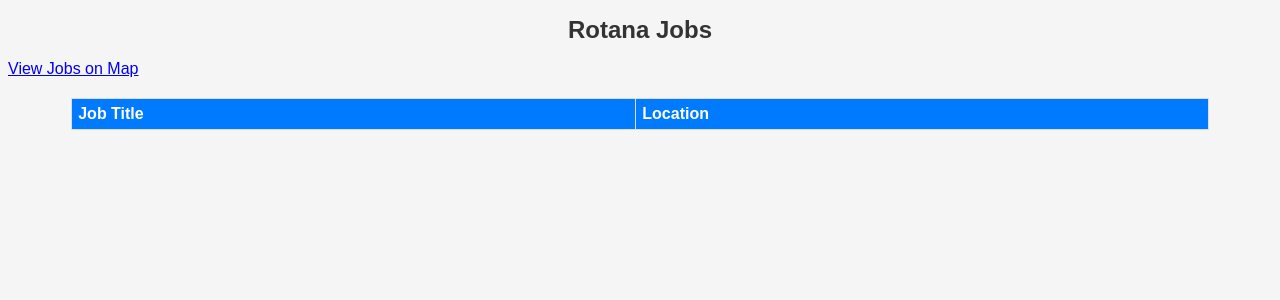
Repository: Reham28/RotanaJobs
Page: public/index.html
These files come from the project's save history. The page is drawn as it stood at one moment and after the next save; the edit follows.
The browser window is 1280 px wide. The pictures show the whole page.
The page's requests for data from a server got no answer.

Above is the page before, as saved 2023-09-16 18:42:09.

### public/index.html
<!DOCTYPE html>
<html lang="en">
<head>
  <meta charset="UTF-8">
  <meta name="viewport" content="width=device-width, initial-scale=1.0">
  <title>Rotana Jobs and location</title>
  <link rel="stylesheet" href="style.css">
</head>
<body>
  <h1>Rotana Jobs  </h1>
  <div class="nav-link">
    <a href="map.html">View Jobs on Map</a>
  </div>
  <table id="jobTable">
    <thead>
      <tr>
        <th>Job Title</th>
        <th>Location</th>
      </tr>
    </thead>
    <tbody></tbody>
  </table>

  <script src="app.js"></script>
</body>
</html>

### public/style.css
body {
    font-family: Arial, sans-serif;
  }

  h1 {
    text-align: center;
  }

  table {
    border-collapse: collapse;
    width: 50%;
    margin: 0 auto;
  }

  th, td {
    border: 1px solid #ddd;
    padding: 8px;
    text-align: left;
  }

  tr:nth-child(even) {
    background-color: #f2f2f2;
  }

  #map {
    height: 500px;
    width: 80%;
    margin: 0 auto;
  }

  body {
    font-family: Arial, sans-serif;
    background-color: #f5f5f5;
  }

  .container {
    background-color: #fff;
    border-radius: 10px;
    box-shadow: 0 0 20px rgba(0, 0, 0, 0.1);
    padding: 10px;
    max-width: 800px;
    margin: 10px auto;
  }

  h1 {
    text-align: center;
    font-size: 24px;
    color: #333;
  }

  table {
    width: 90%;
    border-collapse: collapse;
    margin-top: 20px;
    background-color: #f9f9f9;
    border-radius: 8px;
  }

  th, td {
    padding: 6px 6px;
    text-align: left;
  }

  th {
    background-color: #007bff;
    color: #fff;
  }

  tr:nth-child(even) {
    background-color: #f3f0f0;
  }

  tr:hover {
    background-color: #ddd;
  }

### public/app.js
document.addEventListener('DOMContentLoaded', () => {
    const jobTable = document.getElementById('jobTable').getElementsByTagName('tbody')[0];

    fetch('/jobs')
      .then(response => response.json())
      .then(data => {
        data.forEach(job => {
          const row = jobTable.insertRow();
          const titleCell = row.insertCell(0);
          const locationCell = row.insertCell(1);

          titleCell.innerText = job.title;
          locationCell.innerText = job.location;
        });
      })
      .catch(error => console.error('Error:', error));
  });

After the next save:
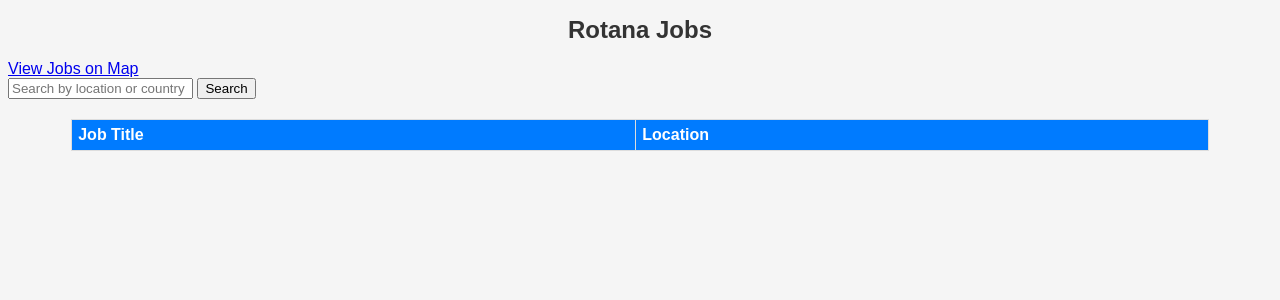
Saved 2 min 34 s later.
--- a/public/index.html
+++ b/public/index.html
@@ -11,6 +11,11 @@
   <div class="nav-link">
     <a href="map.html">View Jobs on Map</a>
   </div>
+  <div class="search">
+    <input type="text" id="searchInput" placeholder="Search by location or country">
+    <button onclick="searchJobs()">Search</button>
+  </div>
+
   <table id="jobTable">
     <thead>
       <tr>
